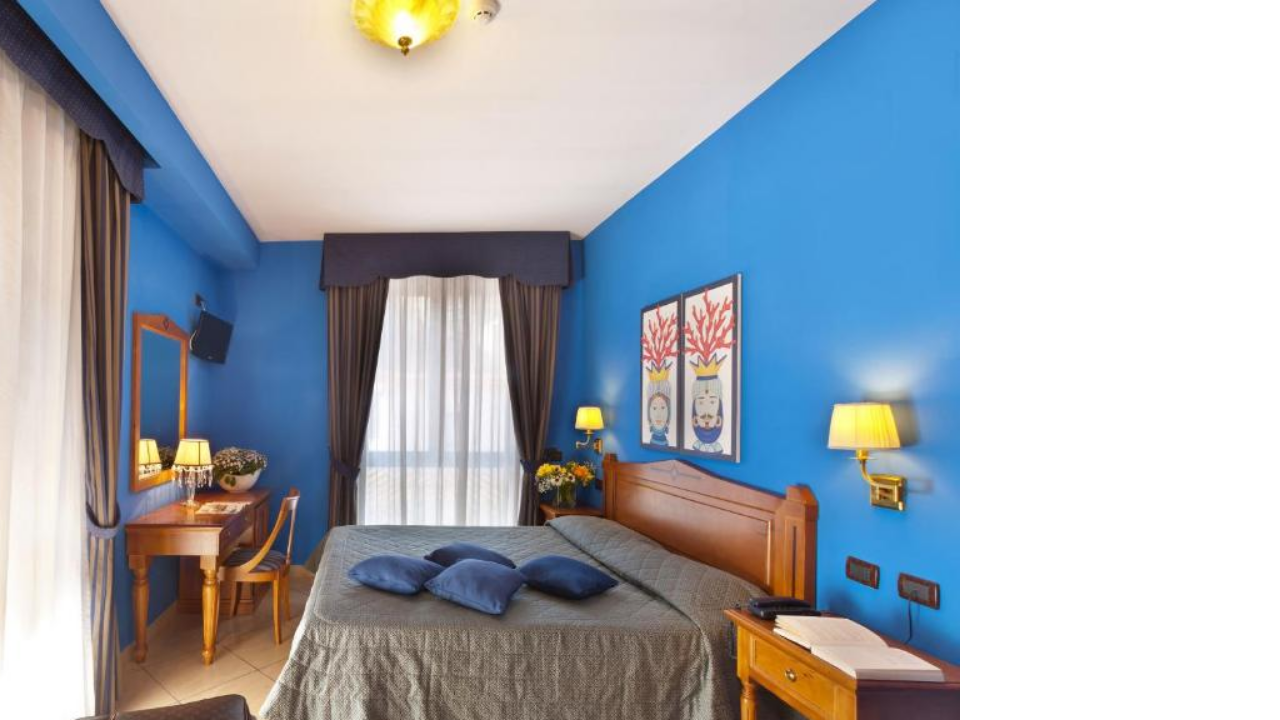
Repository: thatipallyvinod/AdvanceJava
Page: BoysHostel/src/main/webapp/First.html
These files come from the project's save history. The page is drawn as it stood at one moment and after the next save; the edit follows.
The browser window is 1280 px wide. The pictures show the whole page.

Above is the page before, as saved 2024-03-24 09:01:09.

### BoysHostel/src/main/webapp/First.html
<!DOCTYPE html>
<html lang="en">
<head>
    <meta charset="UTF-8">
    <meta name="viewport" content="width=device-width, initial-scale=1.0">
    <title>User Registration Form</title>
    <style>
        body {
            font-family: Arial, sans-serif;
            margin: 0;
            padding: 0;
            overflow: hidden;
        }

        .background {
            position: absolute;
            top: 0;
            left: 0;
            width: 100%;
            height: 100%;
            background-image: url('Hostel.jpg');
            background-size: cover;
            animation: animateBackground 20s linear infinite;
        }

        @keyframes animateBackground {
            0% {
                transform: translateX(0%);
            }
            100% {
                transform: translateX(-100%);
            }
        }

        .container {
            max-width: 400px;
            margin: 50px auto;
            padding: 20px;
            background-color: rgba(255, 255, 255, 0.8); /* Added transparency for better visibility */
            border-radius: 5px;
            box-shadow: 0 0 10px rgba(0,0,0,0.1);
        }
        .form-group {
            margin-bottom: 20px;
        }
        .form-group label {
            display: block;
            font-weight: bold;
            margin-bottom: 5px;
        }
        .form-group input[type="text"],
        .form-group input[type="email"],
        .form-group input[type="tel"],
        .form-group input[type="number"] {
            width: 100%;
            padding: 10px;
            border: 1px solid #ccc;
            border-radius: 3px;
        }
        .form-group input[type="submit"] {
            width: 100%;
            padding: 10px;
            border: none;
            border-radius: 3px;
            background-color: #007bff;
            color: #fff;
            cursor: pointer;
            transition: background-color 0.3s ease;
        }
        .form-group input[type="submit"]:hover {
            background-color: #0056b3;
        }
    </style>
</head>
<body>
<div class="background"></div> <!-- Background Div -->
<div class="container">
    <h2>User Registration Form</h2>
    <form action="./FirstServlet" method="post">
        <div class="form-group">
            <label for="email">Email:</label>
            <input type="email" id="email" name="email" required>
        </div>
        <div class="form-group">
            <label for="phone">Phone Number:</label>
            <input type="tel" id="phone" name="phone" pattern="[0-9]{10}" required>
            <small>Format: 10 digits (e.g., 1234567890)</small>
        </div>
        <div class="form-group">
            <label for="aadhar">Aadhar Number:</label>
            <input type="number" id="aadhar" name="aadhar" required>
        </div>

        <div class="form-group">
            <input type="submit" value="Register">
        </div>
    </form>
</div>

</body>
</html>

After the next save:
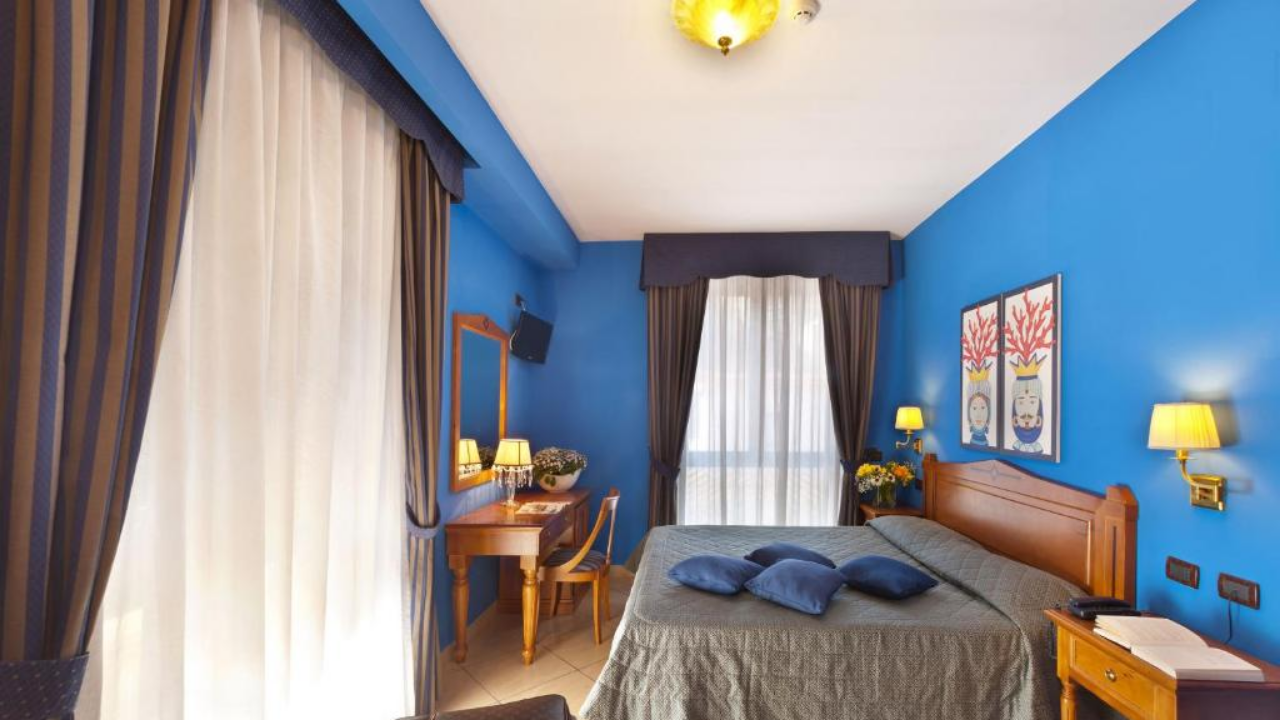
Saved 37 s later.
--- a/BoysHostel/src/main/webapp/First.html
+++ b/BoysHostel/src/main/webapp/First.html
@@ -20,7 +20,7 @@
             height: 100%;
             background-image: url('Hostel.jpg');
             background-size: cover;
-            animation: animateBackground 20s linear infinite;
+            animation: animateBackground 1s linear infinite;
         }
 
         @keyframes animateBackground {
